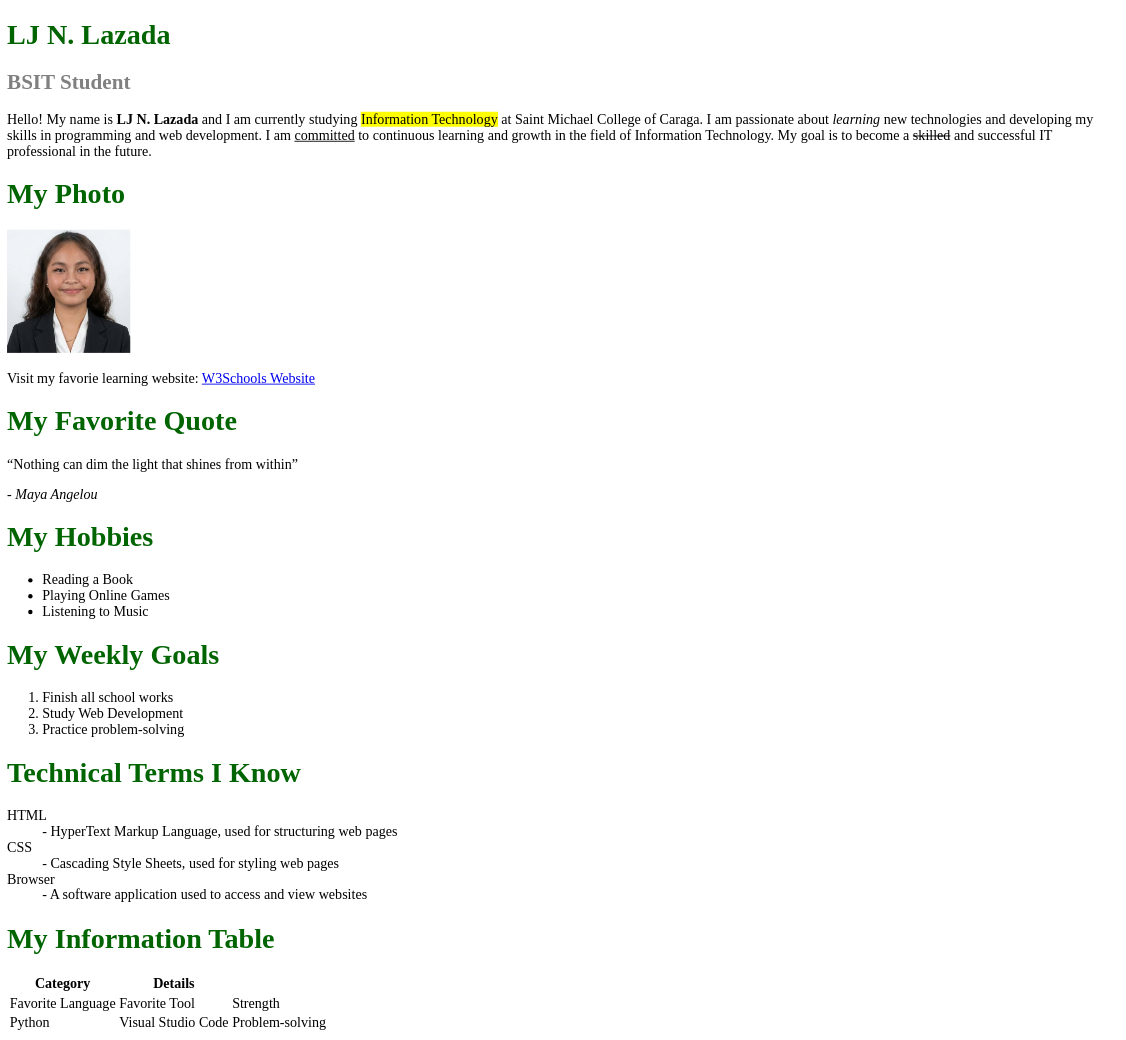
Repository: ljlazada11/myfirsthtml
Page: index.html
An editor plug-in stored every save of this project. The page is shown before and after the next save, followed by the edit.
The browser window is 1280 px wide. The pictures show the whole page, at 88% of full size.

Above is the page before, as saved 2026-06-24 20:28:06.

### index.html
<!DOCTYPE html>
<html lang="en">
<head>
    <meta charset="UTF-8">
    <meta name="viewport" content="width=device-width, initial-scale=1.0">
    <title>My Personal Web Profile</title>
    <link rel="icon" type="image/x-icon" href="images.png">

</head>
<body>
    <h1 style="color:darkgreen;">LJ N. Lazada</h1>
    <h2 style="color:gray;">BSIT Student</h2>
    <p>Hello! My name is <strong>LJ N. Lazada</strong> and I am currently studying <mark>Information Technology</mark> at Saint Michael College of Caraga. I am passionate about <i>learning</i> new technologies and developing my skills in programming and web development. I am <ins>committed</ins> to continuous learning and growth in the field of Information Technology. My goal is to become a <del>skilled</del> and successful IT professional in the future.</p>
</body>
    <h1 style="color:darkgreen;">My Photo</h1>
    <img src="pic.jpg" alt="My	Profile	Picture" width="140" height="140">
    <p> Visit my favorie learning website: <a href="https://www.w3schools.com/html/default.asp" target="_blank">W3Schools	Website</a></p>

<body>
    <h1 style="color:darkgreen;">My Favorite Quote</h1>
    <p><q>Nothing can dim the light that shines from within</q></p>
    <p><cite>- Maya Angelou</cite></p>
</body>
    <h1 style="color:darkgreen">My Hobbies</h1>
    <ul>
        <li>Reading a Book</li>
        <li>Playing Online Games</li>
        <li>Listening to Music</li>
    </ul>
</body>
    <h1 style="color:darkgreen">My Weekly Goals</h1>
    <ol>
        <li>Finish all school works</li>
        <li>Study Web Development</li>
        <li>Practice problem-solving</li>
    </ol>
<body>
    <h1 style="color:darkgreen">Technical Terms I Know</h1>
    <dl>
        <dt>HTML</dt>
        <dd>- HyperText Markup Language, used for structuring web pages</dd>
        <dt>CSS</dt>
        <dd>- Cascading Style Sheets, used for styling web pages</dd>
        <dt>Browser</dt>
        <dd>- A software application used to access and view websites</dd>
    </dl>
</body>
    <h1 style="color:darkgreen">My Information Table</h1>
    <table>
  <tr>
    <th>Category</th>
    <th>Details</th>
  </tr>
  <tr>
    <td>Favorite Language</td>
    <td>Favorite Tool</td>
    <td>Strength</td>
  </tr>
  <tr>
    <td>Python</td>
    <td>Visual Studio Code</td>
    <td>Problem-solving</td>
  </tr>
</table>


</html>

After the next save:
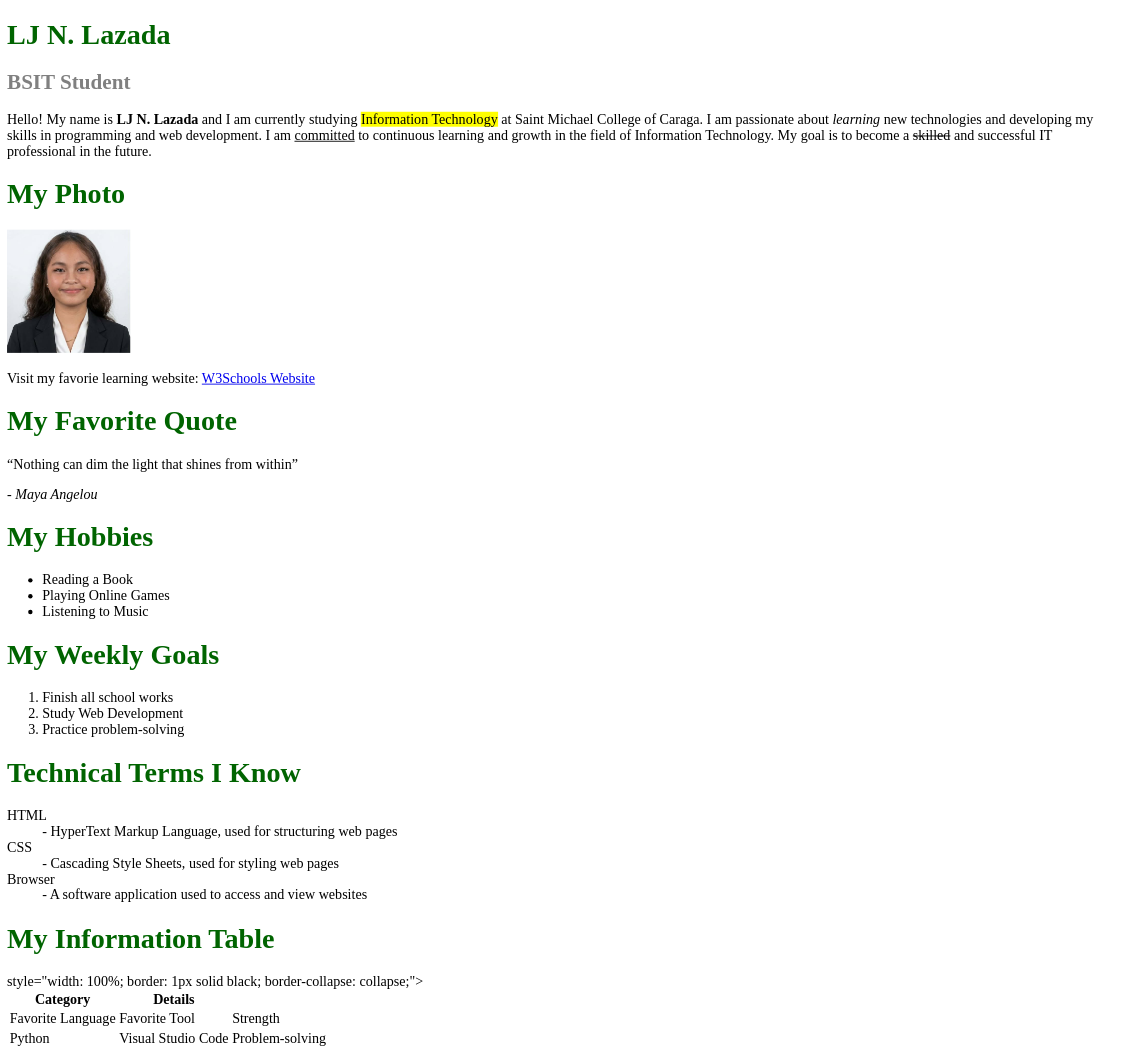
Saved 4 min 45 s later.
--- a/index.html
+++ b/index.html
@@ -46,7 +46,7 @@
     </dl>
 </body>
     <h1 style="color:darkgreen">My Information Table</h1>
-    <table>
+<table> style="width: 100%; border: 1px solid black; border-collapse: collapse;">
   <tr>
     <th>Category</th>
     <th>Details</th>
